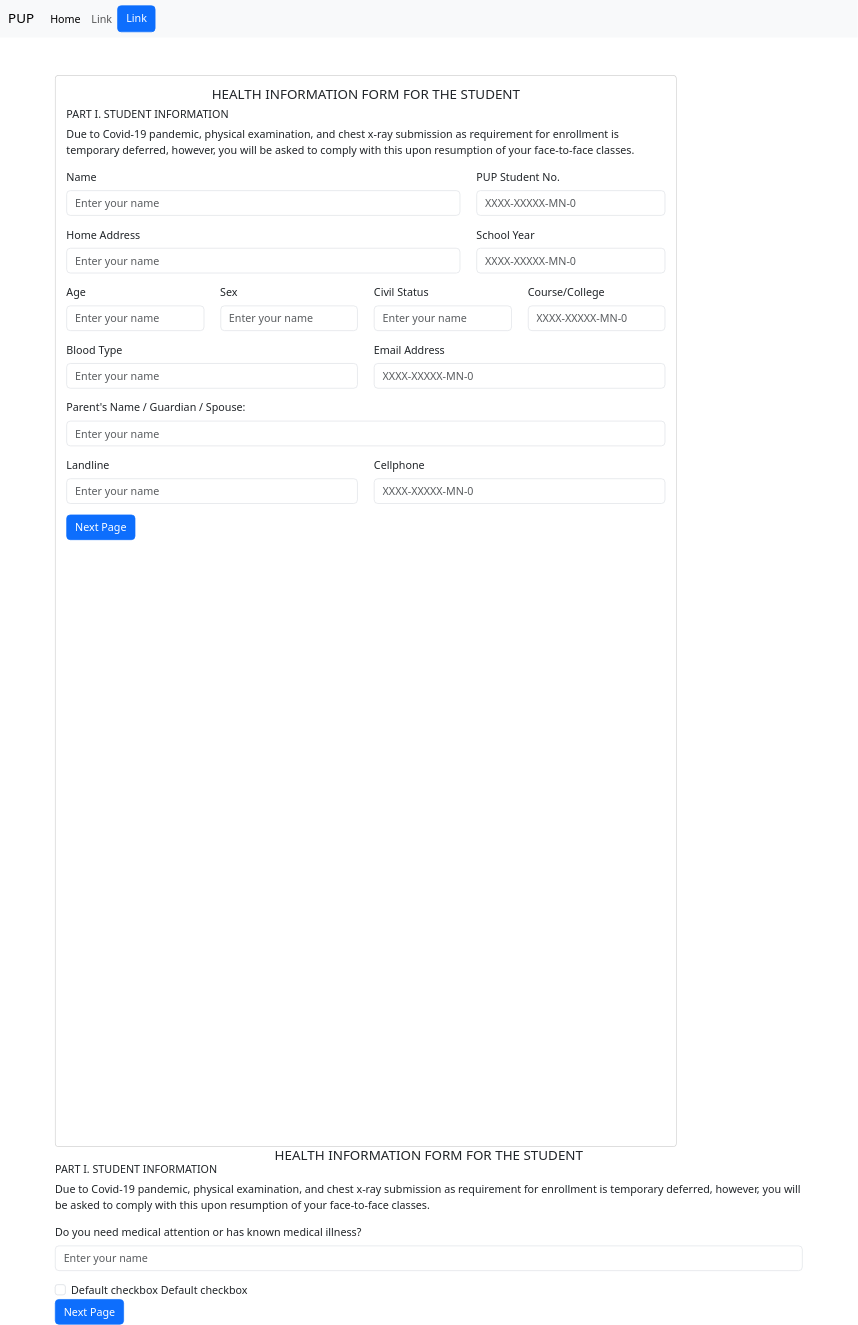
Repository: Nicktacku/webdev
Page: form.html
These files come from the project's save history. The page is drawn as it stood at one moment and after the next save; the edit follows.
The browser window is 1280 px wide. The pictures show the whole page, at 67% of full size.

Above is the page before, as saved 2024-07-15 18:09:29.

### form.html
<!DOCTYPE html>
<html lang="en">
  <head>
    <meta charset="UTF-8" />
    <meta name="viewport" content="width=device-width, initial-scale=1.0" />
    <title>Document</title>
    <link
      href="https://cdn.jsdelivr.net/npm/bootstrap@5.3.3/dist/css/bootstrap.min.css"
      rel="stylesheet"
      integrity="sha384-QWTKZyjpPEjISv5WaRU9OFeRpok6YctnYmDr5pNlyT2bRjXh0JMhjY6hW+ALEwIH"
      crossorigin="anonymous"
    />
  </head>
  <body>
    <!-- Navbar -->
    <nav class="navbar navbar-expand-lg bg-body-tertiary">
        <div class="container-fluid">
          <a class="navbar-brand" href="#">PUP</a>
          <button
            class="navbar-toggler"
            type="button"
            data-bs-toggle="collapse"
            data-bs-target="#navbarSupportedContent"
            aria-controls="navbarSupportedContent"
            aria-expanded="false"
            aria-label="Toggle navigation"
          >
            <span class="navbar-toggler-icon"></span>
          </button>
          <div class="collapse navbar-collapse" id="navbarSupportedContent">
            <ul class="navbar-nav me-auto mb-2 mb-lg-0">
              <li class="nav-item">
                <a class="nav-link active" aria-current="page" href="#">Home</a>
              </li>
              <li class="nav-item">
                <a class="nav-link" href="#">Link</a>
              </li>

              <a class="btn btn-primary" href="form.html" role="button">Link</a>
          </div>
        </div>
      </nav>

    <div
      class="container mt-2 pt-5"
    >


    <div class="card" style="width: 58rem; height: 100rem">

        <!-- section 1 -->
        <div class="card-body" id="section-1">
          <h5 class="card-title d-flex justify-content-center">HEALTH INFORMATION FORM FOR THE STUDENT</h5>
          <h6 class="card-text">PART I. STUDENT INFORMATION</h6>
          <p class="card-text">Due to Covid-19 pandemic, physical examination, and chest x-ray submission as requirement for enrollment is
            temporary deferred, however, you will be asked to comply with this upon resumption of your face-to-face classes.</p>

            <div class="row">
                <div class="col-8">
                    <div class="mb-3">
                        <label for="name" class="form-label">Name</label>
                        <input type="text" class="form-control" id="name-input" placeholder="Enter your name">
                      </div>
                </div>
                <div class="col">
                    <div class="mb-3">
                        <label for="name" class="form-label">PUP Student No.</label>
                        <input type="text" class="form-control" id="name-input" placeholder="XXXX-XXXXX-MN-0">
                      </div>
                </div>
            </div>

            <div class="row">
                <div class="col-8">
                    <div class="mb-3">
                        <label for="name" class="form-label">Home Address</label>
                        <input type="text" class="form-control" id="name-input" placeholder="Enter your name">
                      </div>
                </div>
                <div class="col">
                    <div class="mb-3">
                        <label for="name" class="form-label">School Year</label>
                        <input type="text" class="form-control" id="name-input" placeholder="XXXX-XXXXX-MN-0">
                      </div>
                </div>
            </div>

            <div class="row">
                <div class="col-3">
                    <div class="mb-3">
                        <label for="name" class="form-label">Age</label>
                        <input type="text" class="form-control" id="name-input" placeholder="Enter your name">
                      </div>
                </div>
                <div class="col-3">
                    <div class="mb-3">
                        <label for="name" class="form-label">Sex</label>
                        <input type="text" class="form-control" id="name-input" placeholder="Enter your name">
                      </div>
                </div>
                <div class="col-3">
                    <div class="mb-3">
                        <label for="name" class="form-label">Civil Status</label>
                        <input type="text" class="form-control" id="name-input" placeholder="Enter your name">
                      </div>
                </div>
                <div class="col">
                    <div class="mb-3">
                        <label for="name" class="form-label">Course/College</label>
                        <input type="text" class="form-control" id="name-input" placeholder="XXXX-XXXXX-MN-0">
                      </div>
                </div>
            </div>

            <div class="row">
                <div class="col-6">
                    <div class="mb-3">
                        <label for="name" class="form-label">Blood Type</label>
                        <input type="text" class="form-control" id="name-input" placeholder="Enter your name">
                      </div>
                </div>
                <div class="col">
                    <div class="mb-3">
                        <label for="name" class="form-label">Email Address</label>
                        <input type="text" class="form-control" id="name-input" placeholder="XXXX-XXXXX-MN-0">
                      </div>
                </div>
            </div>

            <div class="row">
                <div class="col">
                    <div class="mb-3">
                        <label for="name" class="form-label">Parent's Name / Guardian / Spouse:</label>
                        <input type="text" class="form-control" id="name-input" placeholder="Enter your name">
                      </div>
                </div>
            </div>

            <div class="row">
                <div class="col-6">
                    <div class="mb-3">
                        <label for="name" class="form-label">Landline</label>
                        <input type="text" class="form-control" id="name-input" placeholder="Enter your name">
                      </div>
                </div>
                <div class="col">
                    <div class="mb-3">
                        <label for="name" class="form-label">Cellphone</label>
                        <input type="text" class="form-control" id="name-input" placeholder="XXXX-XXXXX-MN-0">
                      </div>
                </div>
            </div>

          <a href="#" class="btn btn-primary">Next Page</a>
        </div>
      </div>

      <!-- Section 2 -->
      <div class="card-body" id="section-1">
        <h5 class="card-title d-flex justify-content-center">HEALTH INFORMATION FORM FOR THE STUDENT</h5>
        <h6 class="card-text">PART I. STUDENT INFORMATION</h6>
        <p class="card-text">Due to Covid-19 pandemic, physical examination, and chest x-ray submission as requirement for enrollment is
          temporary deferred, however, you will be asked to comply with this upon resumption of your face-to-face classes.</p>

          <div class="row">
            <div class="col">
                <div class="mb-3">
                    <label for="name" class="form-label">Do you need medical attention or has known medical illness?</label>
                    <input type="text" class="form-control" id="name-input" placeholder="Enter your name">
                </div>
                <div class="form-check">
                    <input class="form-check-input" type="checkbox" value="" id="flexCheckDefault">
                    <label class="form-check-label" for="flexCheckDefault">
                      Default checkbox
                    </label>
                    <input class="form-check-input" type="checkbox" value="" id="flexCheckDefault">
                    <label class="form-check-label" for="flexCheckDefault">
                      Default checkbox
                    </label>
                </div>
            </div>
          </div>

        <a href="#" class="btn btn-primary">Next Page</a>
      </div>
    </div>


    <script
      src="https://cdn.jsdelivr.net/npm/bootstrap@5.3.3/dist/js/bootstrap.bundle.min.js"
      integrity="sha384-YvpcrYf0tY3lHB60NNkmXc5s9fDVZLESaAA55NDzOxhy9GkcIdslK1eN7N6jIeHz"
      crossorigin="anonymous"
    ></script>
  </body>
</html>

After the next save:
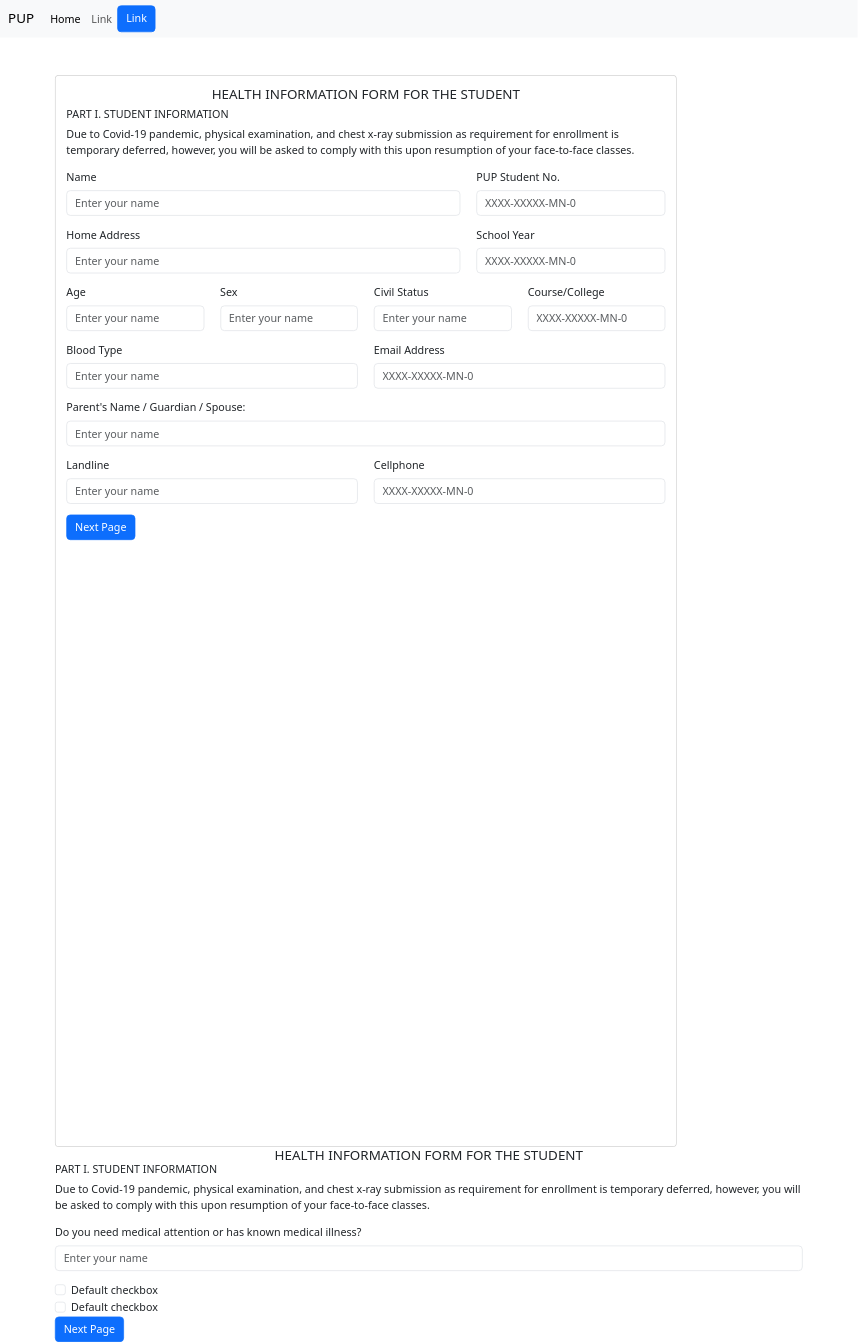
Saved 95 s later.
--- a/form.html
+++ b/form.html
@@ -156,7 +156,7 @@
       </div>
 
       <!-- Section 2 -->
-      <div class="card-body" id="section-1">
+      <div class="card-body" id="section-2">
         <h5 class="card-title d-flex justify-content-center">HEALTH INFORMATION FORM FOR THE STUDENT</h5>
         <h6 class="card-text">PART I. STUDENT INFORMATION</h6>
         <p class="card-text">Due to Covid-19 pandemic, physical examination, and chest x-ray submission as requirement for enrollment is
@@ -173,6 +173,8 @@
                     <label class="form-check-label" for="flexCheckDefault">
                       Default checkbox
                     </label>
+                </div>
+                <div class="form-check">
                     <input class="form-check-input" type="checkbox" value="" id="flexCheckDefault">
                     <label class="form-check-label" for="flexCheckDefault">
                       Default checkbox
